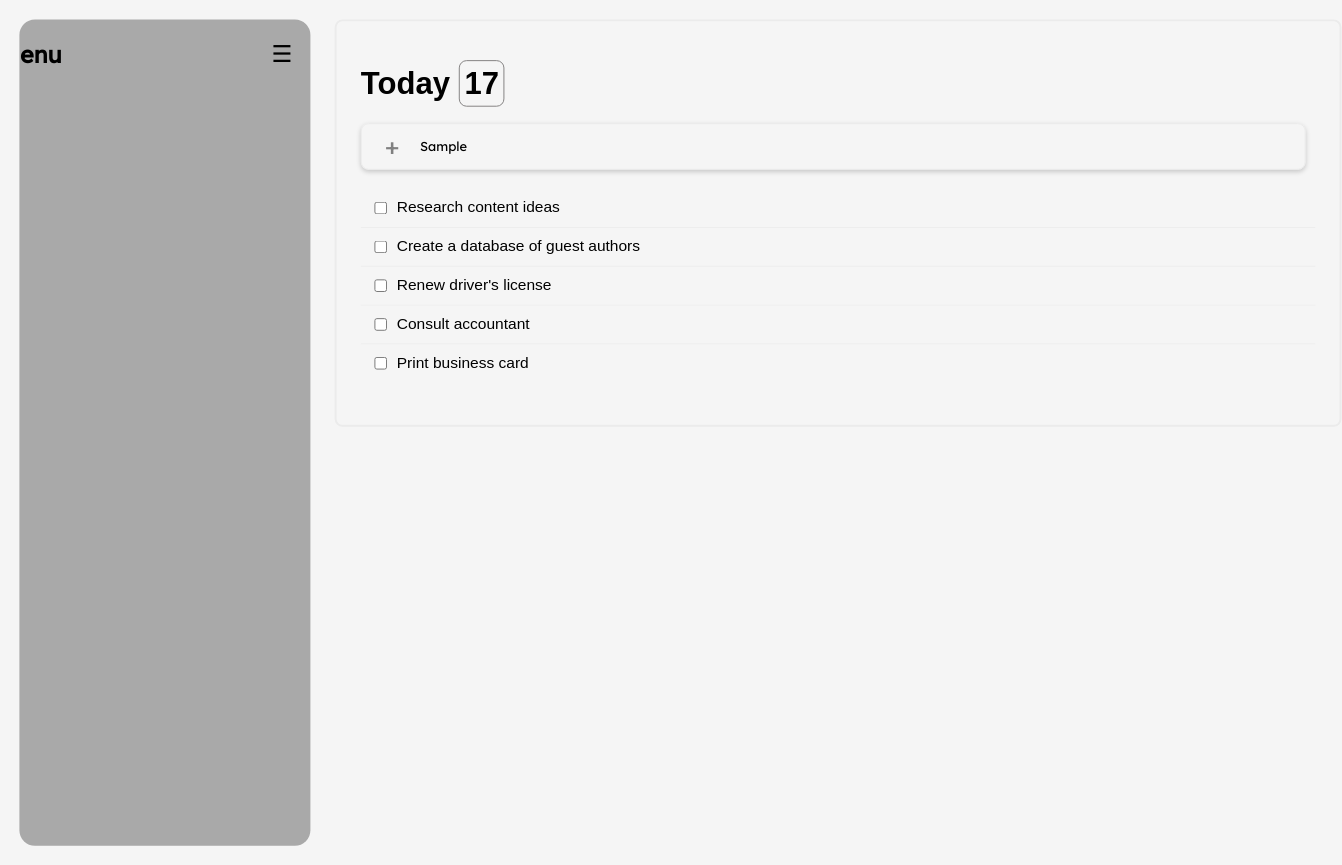
Repository: WeyehnR/Todo-App-e8719e15efb8a3743d14c47aa9ae2115442426d2
Page: Client/index.html
The author's editor kept a copy of each file at every save. The page is drawn from the files as they stood at one save, then again after the next save.
The browser window is 1280 px wide. The page is 1383 px wide, so the pictures cover 1383 px, including what lies to the right of the window. The pictures show the whole page, at 97% of full size.
Empty fields were first filled with sample values (such as "Sample", 5 or name@example.com).
After loading, the first visible `#ham-menu-toggle` was clicked once.

Above is the page before, as saved 2023-11-17 15:53:13.

After the next save:
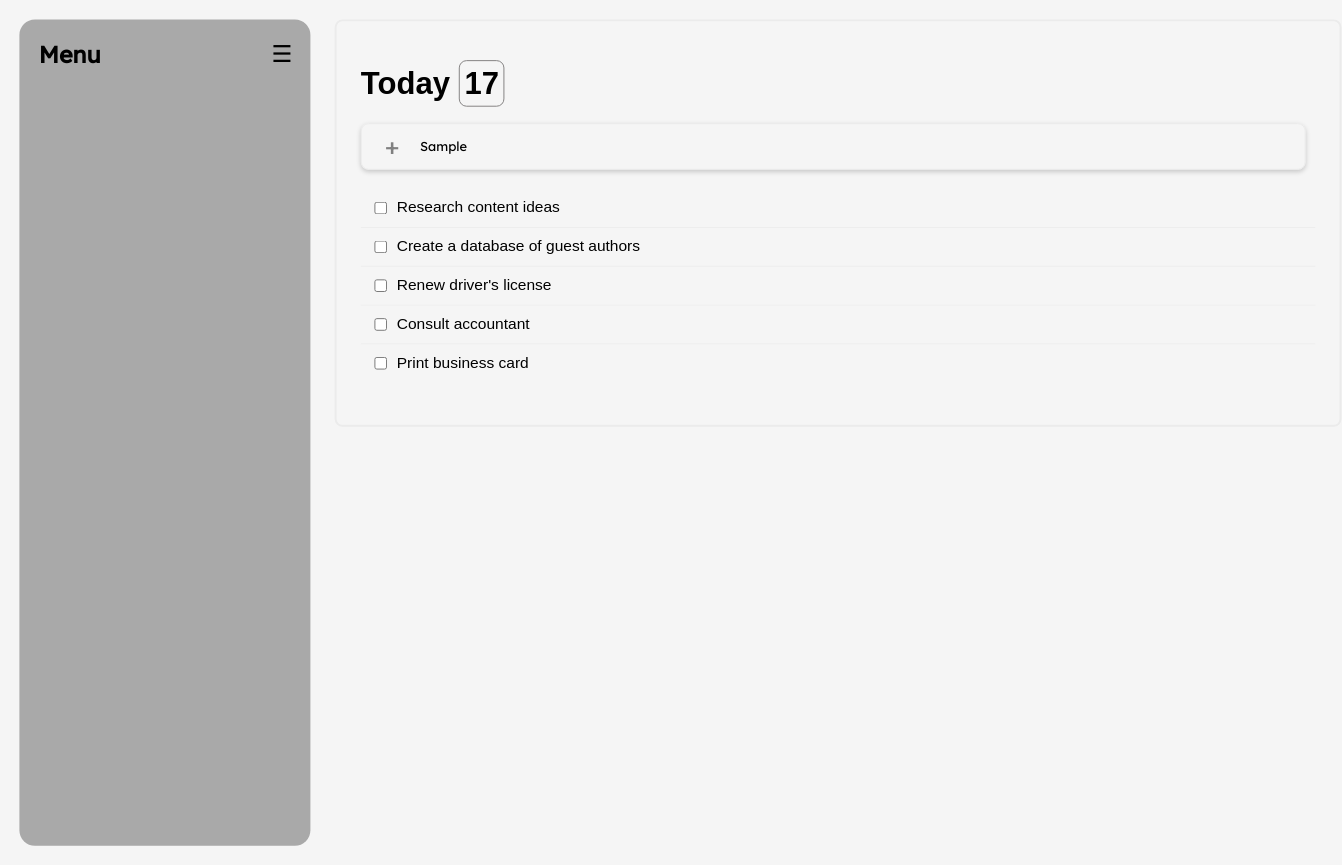
Saved 5 s later.
--- a/Client/styles.css
+++ b/Client/styles.css
@@ -97,7 +97,7 @@ body {
     display: block; /* Show when the card is expanded */
     top: 20px;
     line-height: 40px;
-    margin-left: -20px;
+    margin-left: 20px;
 }
 
 
